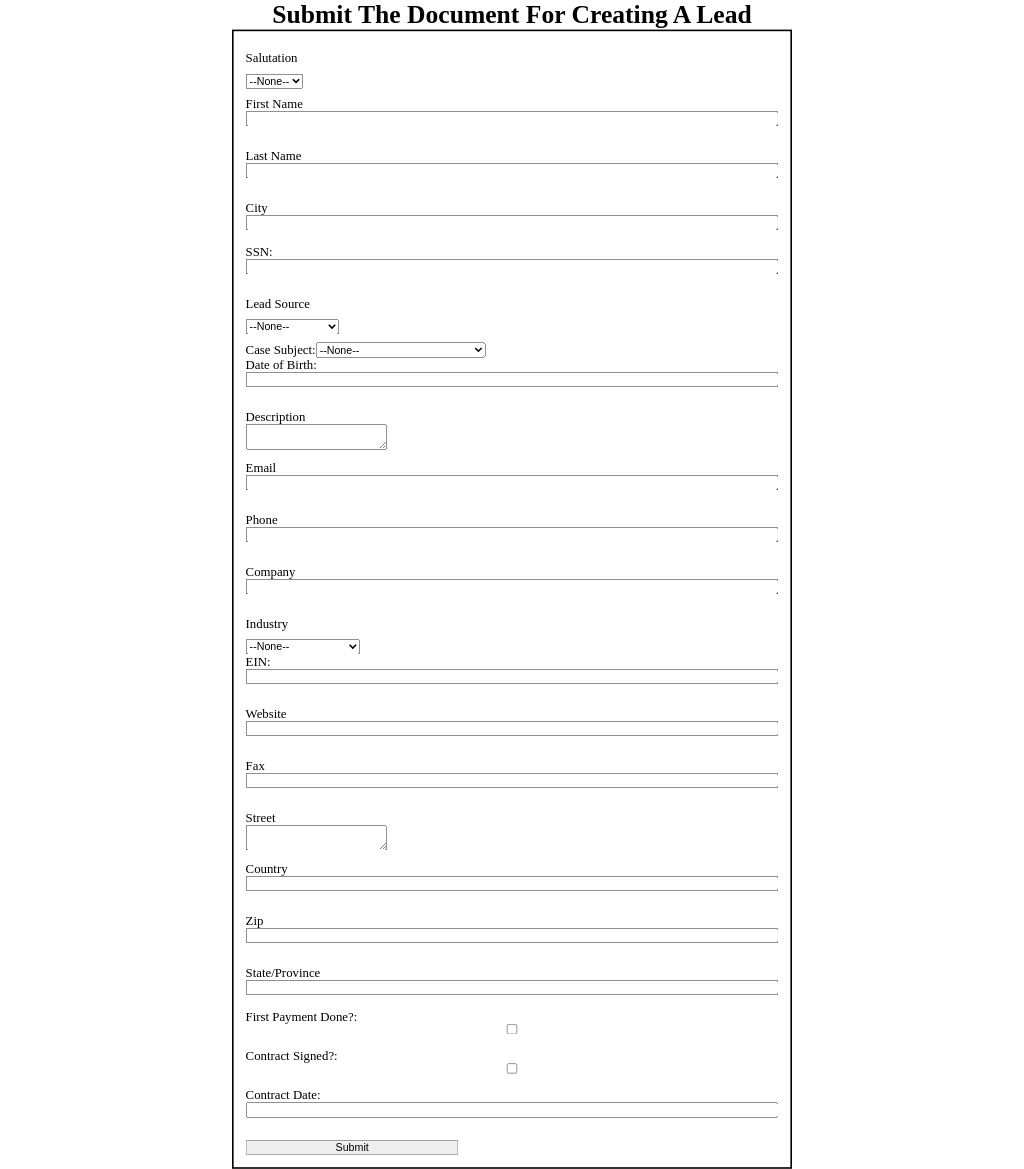
Repository: yaseminvural99/changeForce
Page: index.html
An editor plug-in stored every save of this project. The page is shown before and after the next save, followed by the edit.
The browser window is 1280 px wide. The pictures show the whole page, at 80% of full size.

Above is the page before, as saved 2024-04-26 21:57:31.

After the next save:
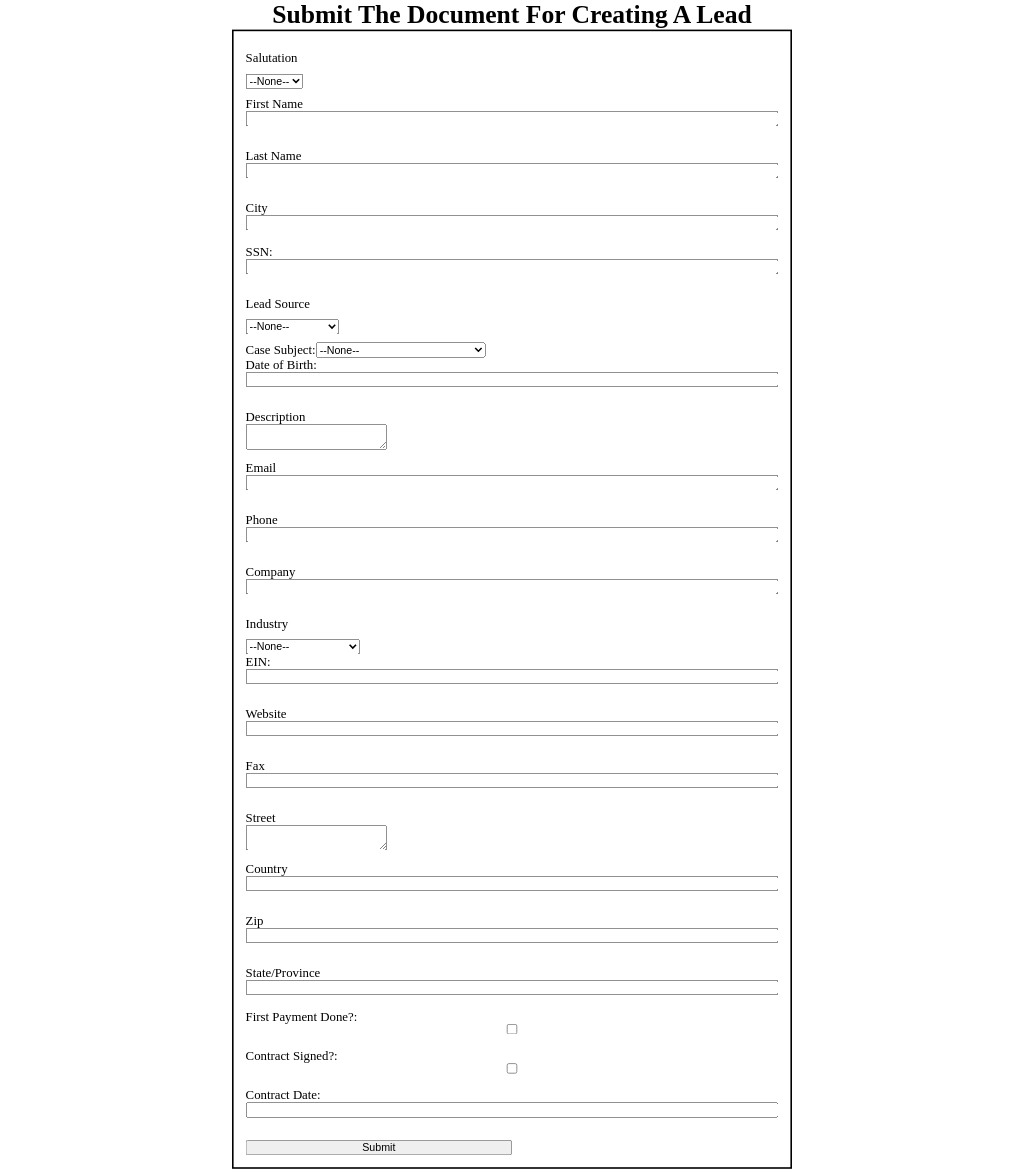
Saved 11 s later.
--- a/style.css
+++ b/style.css
@@ -34,6 +34,6 @@ option{
 }
 input[type="submit"]{
     margin-top: 10px;
-    width: 40%;
+    width: 50%;
     text-align: center;
 }
